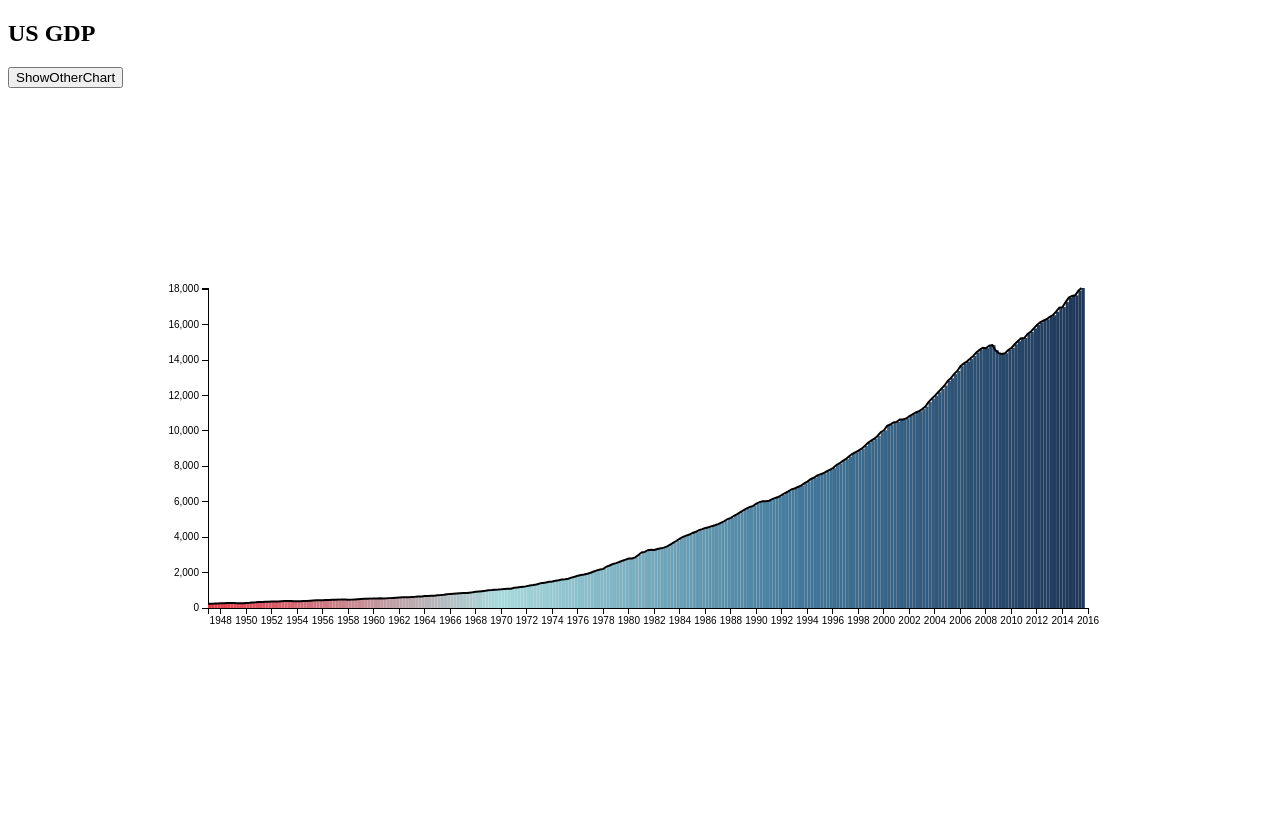
Repository: zizhang-AI/d3-barChart
Page: hello-world.html
The author's editor kept a record of every edit. The page is drawn from the files as they stood at one moment, then again after the next edit.
The browser window is 1280 px wide. The page is 1288 px wide, so the pictures cover 1288 px, including what lies to the right of the window. The pictures show the whole page.

Above is the page before.

### hello-world.html
<!DOCTYPE html>
<html lang="en-us">
<head>
	<meta charset="utf-8">
	<title>BarChartD3</title>
</head>
<style type="text/css">
	.axis text {
	  font: 10px sans-serif;
	}
	.axis path,
	.axis line {
	  fill: none;
	  stroke: #000;
	  shape-rendering: crispEdges;
	}
	.area {
		fill: url(#areaGradientFill);
		stroke-width: 0;
	}
	.line {
		fill: none;
		stroke-width: 2px;
		stroke: black;
	}
</style>
<body>
	<section id='header'>
		<h1>US GDP</h1>
		<button>ShowOtherChart</button>
	</section>
	<script type="text/javascript" src="d3.min.js" charset="utf-8"></script>
	<script type="text/javascript">

	d3.json("GDP-data.json", function(error, json) {
	  if (error) return console.warn(error);
	  data = json;
	  visualizeIt();
	});
	function visualizeIt() {
		let format = d3.time.format('%Y-%m-%d'),
			margin = {top: 200, right: 200, bottom: 200, left: 200},
			width = window.innerWidth,
			height = window.innerHeight;
		for (let i in data.data) {
			data.data[i][0] = format.parse(data.data[i][0]);
		}
		let xScale = d3.time.scale()
						.domain([d3.time.year(format.parse(data.from_date)),
								d3.time.year.offset(d3.time.year(format.parse(data.to_date)),1)])
						.range([0, width - margin.left - margin.right]);
		let yScale = d3.scale.linear()
						.domain([d3.max(data.data.map(function (d) {return d[1];})),0])
						.range([0, height - margin.top - margin.bottom]);
		let colorScale = d3.scale.linear()
						.domain([0,data.data.length*0.33, data.data.length*0.66, data.data.length])
						.range(['#e63946','#a8dadc','#457b9d','#1d3557']);

		let svg = d3.select('body')
						.append('svg')
						.attr({
							'width': width,
							'height': height,
						})
					.append('g')
						.attr('transform', 'translate(' + margin.left + ',' + margin.top + ')');
		///it is to be noted that directly translate svg does not work for Chrome, but appending a 'g' before translation works.
		let xAxis = d3.svg.axis()
						.scale(xScale)
						.ticks(d3.time.years, 2)
						.orient('bottom');
		let yAxis = d3.svg.axis()
						.scale(yScale)
						.orient('left');
		let offsetXAxis = height-margin.top - margin.bottom;

	  svg.append('defs')
	  		.append("linearGradient")
			.attr("id", "areaGradientFill")
			.attr("gradientUnits", "userSpaceOnUse")
			.attr("x1", 0)
			.attr("y1", height - margin.top - margin.bottom)
			.attr("x2", width - margin.left - margin.right)
			.attr("y2", height - margin.top - margin.bottom)
		.selectAll("stop")
			.data([
			{offset: "0%", color: "#e63946"},
			{offset: "33%", color: "#a8dadc"},
			{offset: "66%", color: "#457b9d"},
			{offset: "100%", color: "#1d3557"}
			])
			.enter().append("stop")
			.attr("offset", function(d) { return d.offset; })
			.attr("stop-color", function(d) { return d.color; });

		svg.append('g')
			.attr('class','x axis')
			.attr('transform','translate(0,'+ offsetXAxis +')')
			.call(xAxis);
		svg.append('g')
			.attr('class','y axis')
			.call(yAxis);
		svg.selectAll('.bar')
				.data(data.data)
			.enter().append('rect')
				.attr('class','bar')
				.attr('x',function(d){return xScale(d[0]);})
				.attr('y', function(d){return height - margin.top - margin.bottom;})
				.attr('fill', function(d,i){return colorScale(i);})
				.attr('width',(width - margin.left - margin.right)/data.data.length)
				.attr('height',0);
		///since the bar is drawn from top to bottom, you need to transition two properties.
		svg.selectAll('.bar')
			.transition()
			.duration(1000) //the duration change will bring very desirable animation!!
			.ease('elastic')
			.delay(function(d, i) {return i*2;})
			.attr('height', function(d){return height - yScale(d[1]) - margin.top - margin.bottom;})
			.attr('y',function(d) {return yScale(d[1]);});

		/*transition to area chart*/
		let area = d3.svg.area()
						// .interpolate('monotone')
						.x(function(d) {return xScale(d[0]);})
						.y0(height-margin.top-margin.bottom)
						.y1(function(d) {return yScale(d[1]);});
		svg.append('path')
			.datum(data.data)
			.attr('class','area')
			// .style('fill', 'url(#areaGradientFill)') //this also works
			.attr('d',area);

		let line = d3.svg.line()
						// .interpolate('monotone')
						.x(function(d){return xScale(d[0]);})
						.y(function(d){return yScale(d[1]);});
		svg.append('path')
			.datum(data.data)
			.attr('class','line')
			.attr('d',line);
		let t = d3.transition().duration(4000);

		area = d3.svg.area()
						// .interpolate('monotone')
						.x(function(d) {return xScale(d[0]);})
						.y0(height-margin.top-margin.bottom)
						.y1(height-margin.top-margin.bottom);

		t.selectAll('.area')
			.attr('d',area);

	}
	</script>
</body>

</html>

Loaded but not shown: d3.min.js (library); GDP-data.json (common file)

After the next edit:
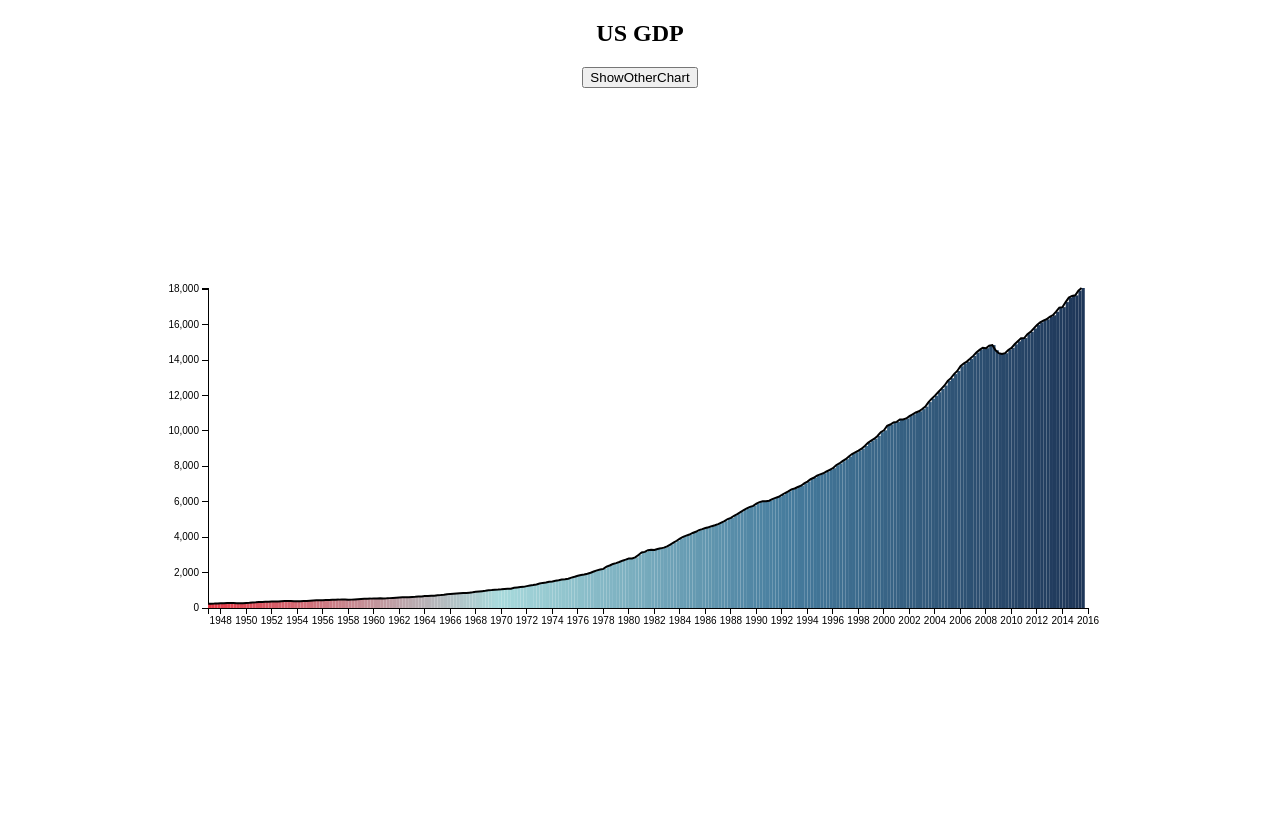
The edit:
--- a/hello-world.html
+++ b/hello-world.html
@@ -5,6 +5,9 @@
 	<title>BarChartD3</title>
 </head>
 <style type="text/css">
+	#header {
+		text-align: center;
+	}
 	.axis text {
 	  font: 10px sans-serif;
 	}
